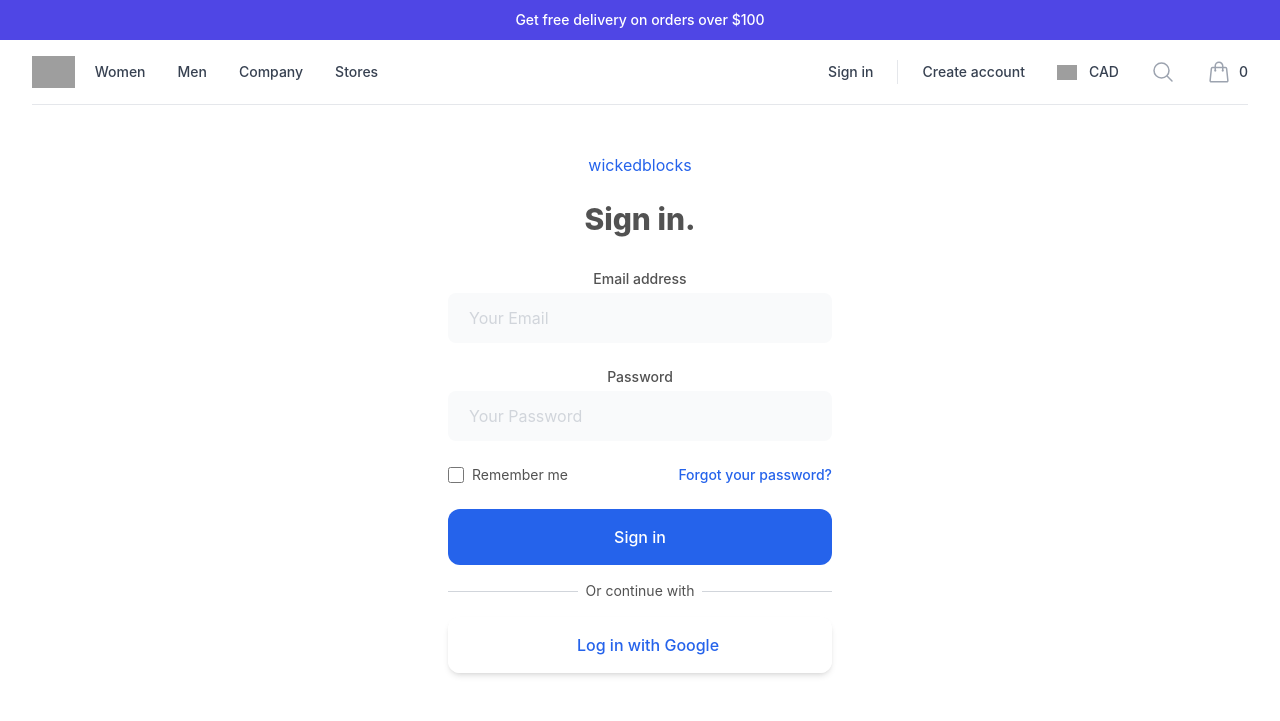
Repository: mehedi9465/Maiden_Wears
Page: /login
An editor plug-in stored every save of this project. The page is shown before and after the next save, followed by the edit.
The browser window is 1280 px wide. The pictures show the whole page.
Pictures or frames that could not be fetched are drawn as grey boxes. The page's requests for data from a server got no answer. The project was rebuilt for these pictures with package versions that can differ from the ones it lists, and the page was loaded fresh each time. No one was signed in, and anything a server would have sent is missing. Also part of the build but not shown: src/Components/Home/Promo/Promo.js, src/Components/Home/NewArrivals/NewArrivals.js, src/Components/Home/Brands/Brands.js, src/Components/Home/Home/Home.js, src/Components/Authentication/Register/Register.js.

Above is the page before, as saved 2022-12-29 19:10:15.

After the next save:
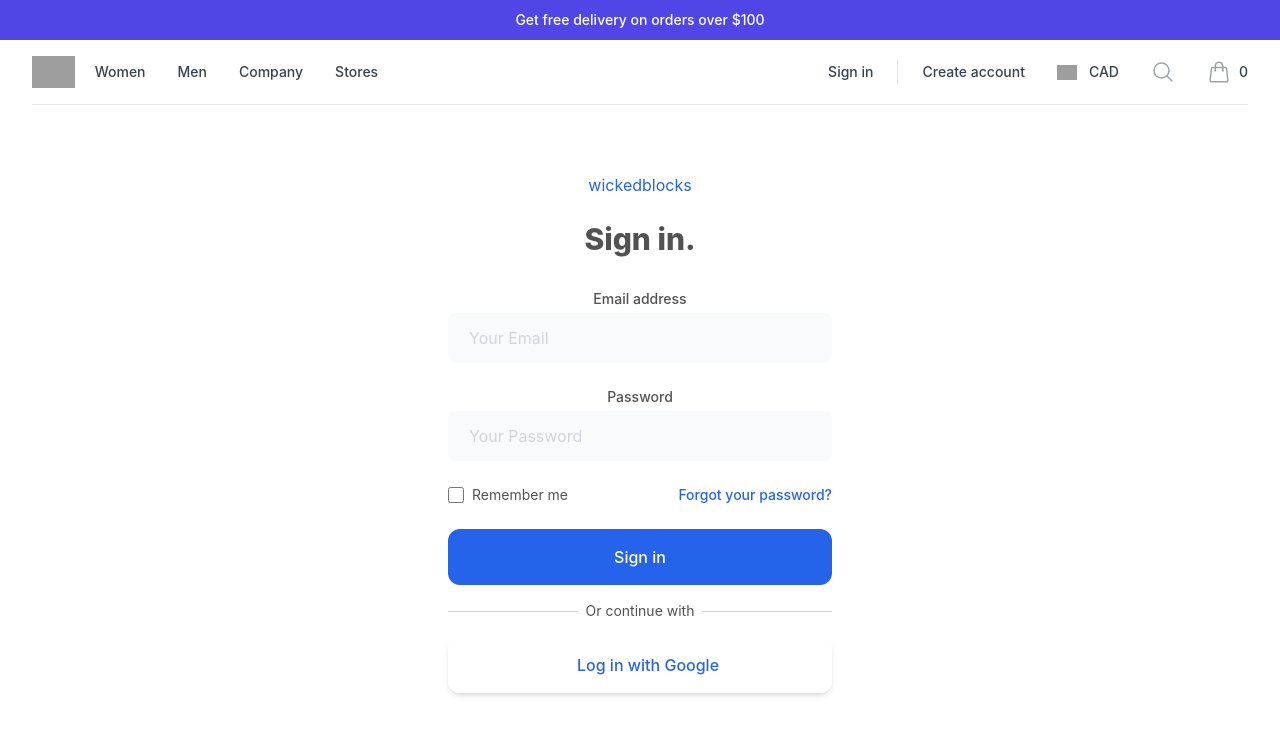
Saved 6 s later.
--- a/src/Components/Authentication/Login/Login.js
+++ b/src/Components/Authentication/Login/Login.js
@@ -4,7 +4,7 @@ const Login = () => {
   return (
     <div>
       <section class=" overflow-hidden">
-    <div class="flex min- overflow-hidden flex justify-center items-center">
+    <div class="flex min- overflow-hidden flex justify-center mt-5">
         <div class="flex flex-col justify-center flex-1 px-4 py-12 overflow-hidden sm:px-6 lg:flex-none lg:px-20 xl:px-24">
             <div class="w-full max-w-xl mx-auto lg:w-96">
                 <div>
